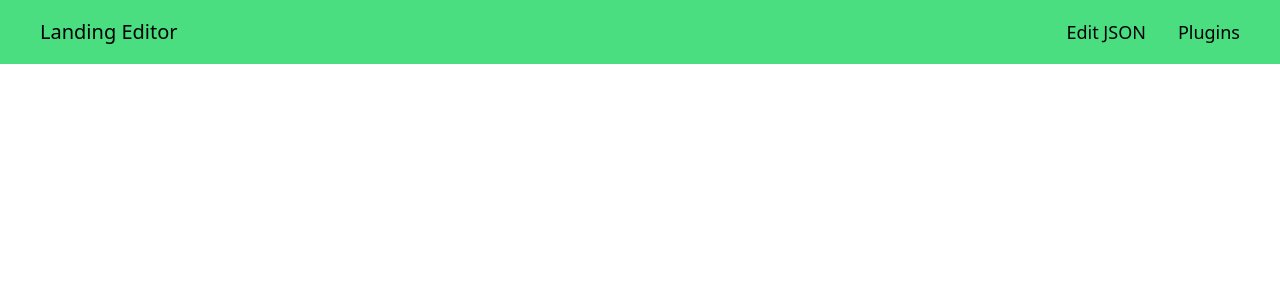
Repository: ShumilovMikhail/plugins-app
Page: / (app in app/frontend/)
These files come from the project's save history. The page is drawn as it stood at one moment and after the next save; the edit follows.
The browser window is 1280 px wide. The pictures show the whole page.
The project was rebuilt for these pictures with package versions that can differ from the ones it lists, and the page was loaded fresh each time. Also part of the build but not shown: app/frontend/angular.json.

Above is the page before, as saved 2024-05-13 07:29:13.

After the next save:
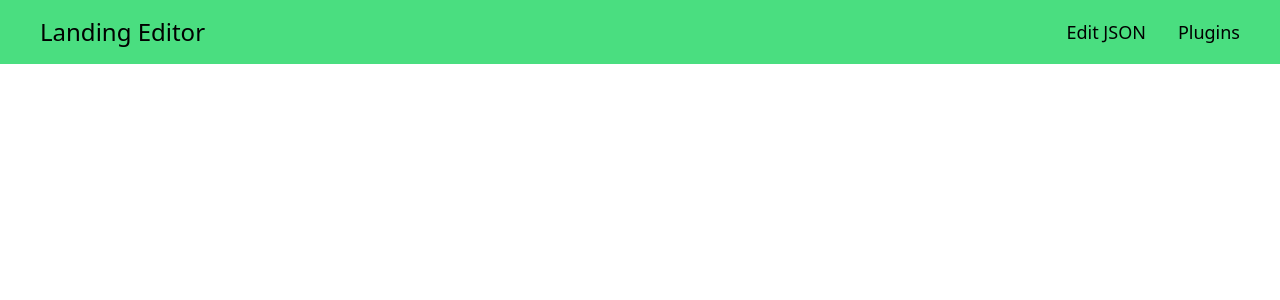
Saved 10 s later.
--- a/app/frontend/src/app/layout/header/header.component.html
+++ b/app/frontend/src/app/layout/header/header.component.html
@@ -1,5 +1,5 @@
 <div class="h-16 px-10 w-full bg-green-400 flex items-center justify-between">
-  <span class="text-xl flex-1">{{headerService.pageName()}}</span>
+  <span class="text-2xl flex-1">{{headerService.pageName()}}</span>
   <div class="flex gap-8">
     <a class="text-lg" routerLink="/editor/json">Edit JSON</a>
     <a class="text-lg" routerLink="/store">Plugins</a>
